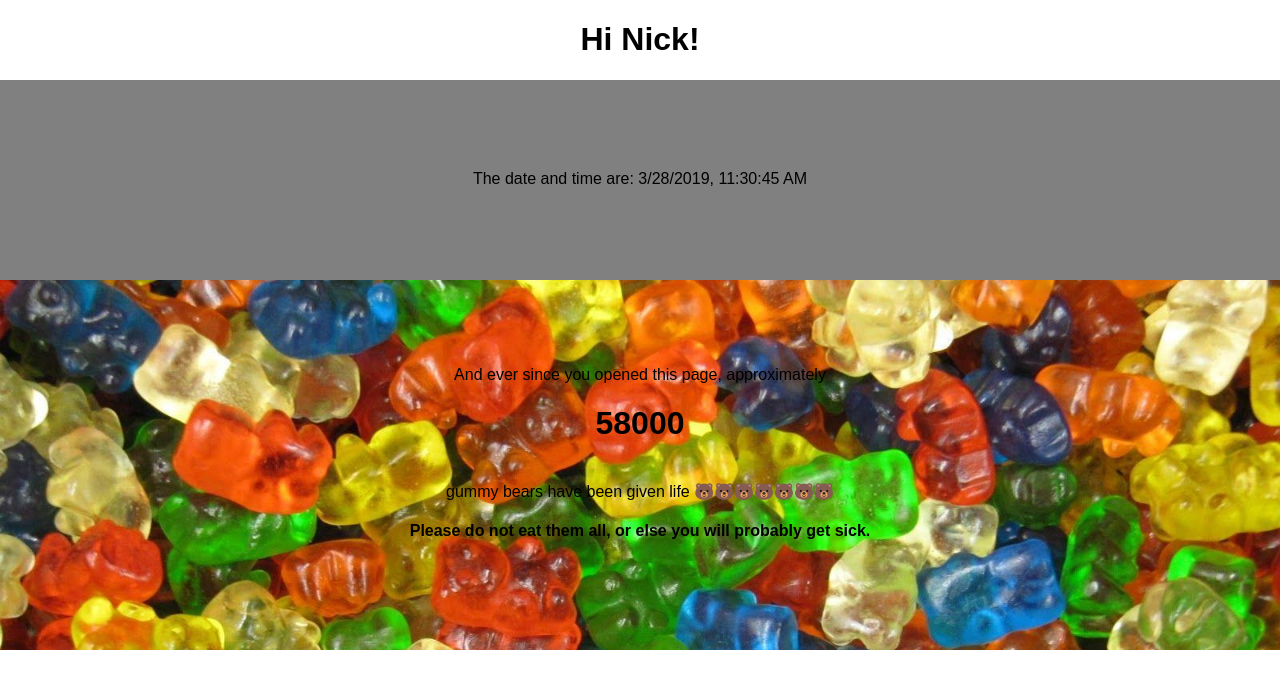
Repository: crispinonicky/gummy-facts
Page: /
An editor plug-in stored every save of this project. The page is shown before and after the next save, followed by the edit.
The browser window is 1280 px wide. The pictures show the whole page.
The project was rebuilt for these pictures with package versions that can differ from the ones it lists, and the page was loaded fresh each time.

Above is the page before, as saved 2019-03-28 15:41:00.

### src/App.js
import React, { Component } from 'react';
import './App.css';
import Clock from './components/Clock';
import GummyCount from './components/GummyCount';
import Map from './components/Map';


class App extends Component {
  constructor(props){
    super(props)

    this.state = {
      name: "Nick"
    }

  }



  render() {
    return (
      <div className="App">


      <h1>
        Hi {this.state.name}!
      </h1>

        <Clock />
        <GummyCount />
        <Map />


      </div>
    );
  }
}

export default App;

### src/App.css
.App {
  text-align: center;
  margin: 0 auto;
  font-family: Arial, Helvetica, sans-serif;
}

.Clock {
  height: 200px;
  background: gray;
}

.Clock p {
  position: relative;
  top: 90px;

}

.Count {
  height: 300px;
  background: url('./images/gummy\ bears.jpg');
  background-size: cover;
  padding-top: 70px;

}

.gray-box{
  background-color: rgba(0, 0, 0, 0.8);
  height: 200px;
  width: 400px;
}

/* #googleMap {
  height: 300px;
  width: 400px;
} */

### src/components/Clock.js
import React, { Component } from "react";
import "../App.css";

let time = new Date().toLocaleString();

class Clock extends React.Component {
  constructor(props) {

    super(props)
    this.state = {
      time: new Date().toLocaleString(),
    };
  }

  componentDidMount() {
    this.intervalID = setInterval(
      () => this.tick(),
      1000
    )
  }

  componentWillUnmount() {
    clearInterval(this.intervalID);
  }

  tick() {
    this.setState({
      time: new Date().toLocaleString()
    });
  }

  render() {
    return (
      <div className = "Clock">
      <p>
        The date and time are: {this.state.time}
      </p>
      </div>
    );
  }
}

console.log(typeof time)


export default Clock;

### src/components/GummyCount.js
const React = require('react')

class GummyCount extends React.Component {
  constructor(props) {
    super(props);
    this.state = {
      seconds: 0,
    };
  }

  tick() {
    this.setState(state => ({
      seconds: state.seconds + 1
    }));
  }

  componentDidMount() {
    this.interval = setInterval(() => this.tick(), 10);
  }

  componentWillUnmount() {
    clearInterval(this.interval);
  }

  render() {

    return (
<div>
      <div className = "Count">
      <div>
        <p>
        And ever since you opened this page, approximately
        <br/>
        <h1>{this.state.seconds * 116}</h1>
        <br/>
        gummy bears have been given life 🐻🐻🐻🐻🐻🐻🐻
        </p>
        <h4>
          Please do not eat them all, or else you will probably get sick.
        </h4>
        </div>
      </div>
      </div>
    );
  }
}

export default GummyCount;

### src/components/Map.js
import React, { Component } from 'react';
import '../App.css';

// my map: https://maps.googleapis.com/maps/api/js?key=AIzaSyCrbuDGnqcHSG6nK1oo2PyiiXvsyWLZelo&callback=myMap

class Map extends React.Component {
  constructor(props){
    super(props)

    this.state = {
      name: "Nick"
    }

  }



  render() {
    return (
      <div className="Map">

<div id="googleMap">

</div>



      </div>
    );
  }
}

export default Map;

Loaded but not shown: public/index.html (common file); src/index.js (common file); src/index.css (common file); src/serviceWorker.js (common file)

After the next save:
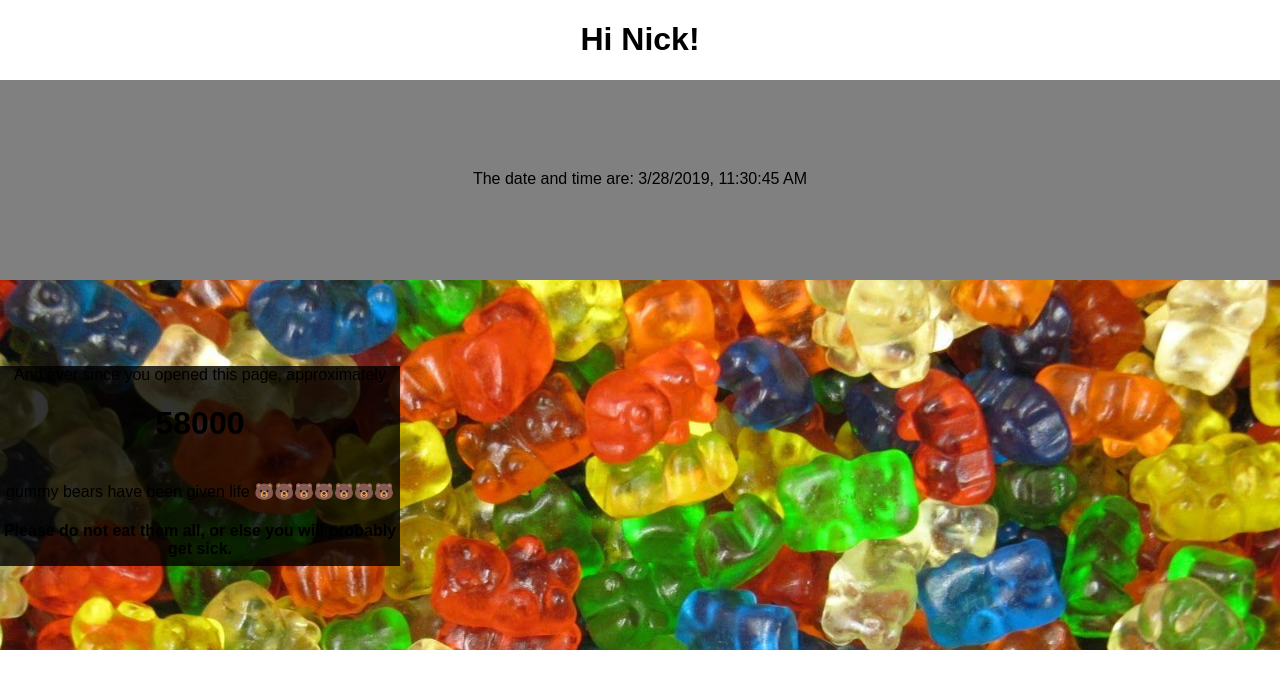
Saved 9 s later.
--- a/src/components/GummyCount.js
+++ b/src/components/GummyCount.js
@@ -27,7 +27,7 @@ class GummyCount extends React.Component {
     return (
 <div>
       <div className = "Count">
-      <div>
+      <div className = "gray-box">
         <p>
         And ever since you opened this page, approximately
         <br/>
